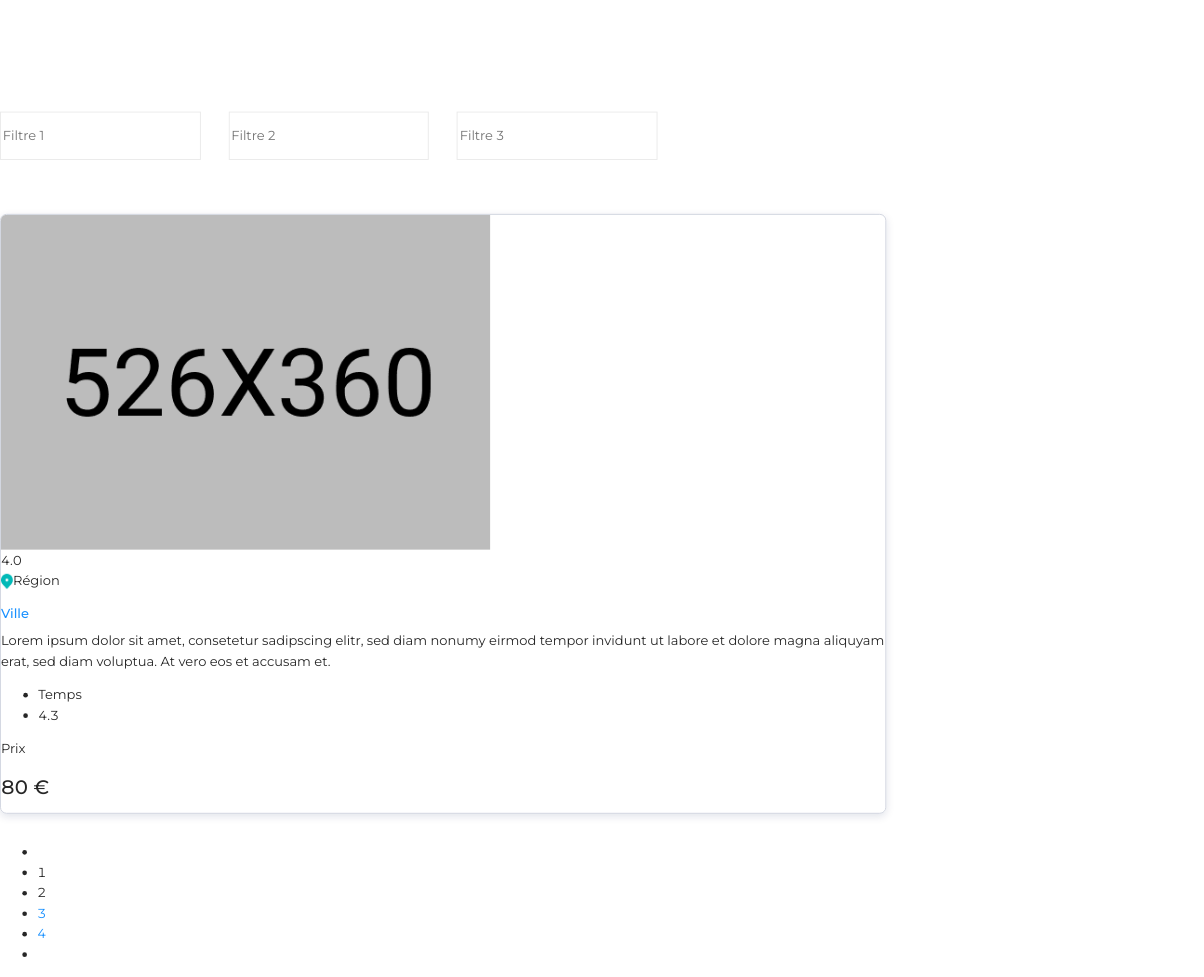
Repository: Emerson1220/projet-neofeel-lacapsule
Page: /roadPlanner (app in reactapp/)
These files come from the project's save history. The page is drawn as it stood at one moment and after a run of saves; the edit follows.
The browser window is 1280 px wide. The page is 1295 px wide, so the pictures cover 1295 px, including what lies to the right of the window. The pictures show the whole page, at 93% of full size.
The project was rebuilt for these pictures with package versions that can differ from the ones it lists, and the page was loaded fresh each time. Also part of the build but not shown: reactapp/src/Nav.js, reactapp/src/ScreenHome.js.

Above is the page before, as saved 2021-05-18 10:17:55.

After the next 2 saves:
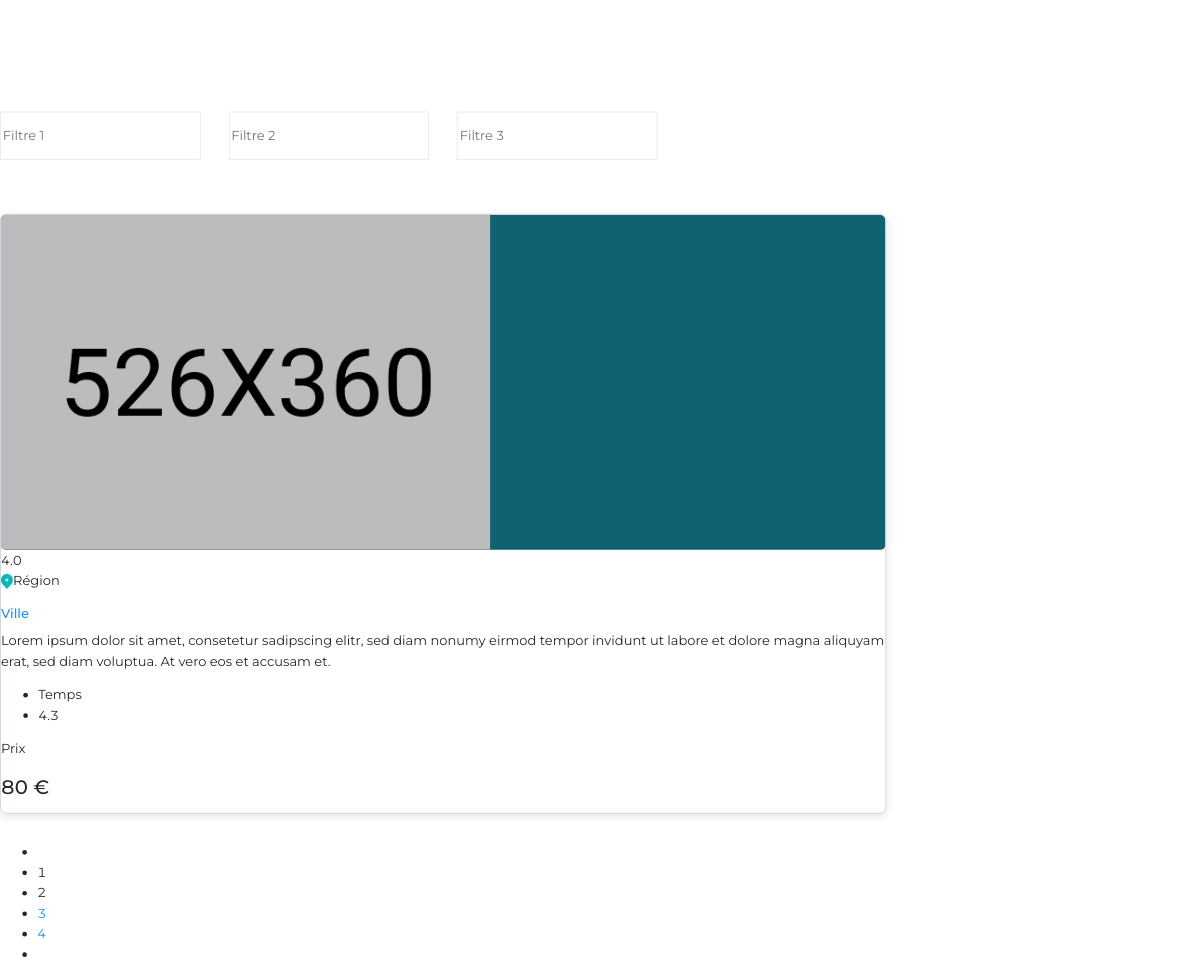
The 2 saves are shown as one change because 1 did not build or start.
The last was saved 90 s later.
--- a/reactapp/src/screens/ScreenRoadPlanner.js
+++ b/reactapp/src/screens/ScreenRoadPlanner.js
@@ -171,6 +171,9 @@ let styles = {
     },
 
     image_card:{
+        position: 'relative',
+        background: '#106271',
+        overflow: 'hidden',
         flex: '0 0 30%',
         backgroundSize: 'cover',
         backgroundRepeat: 'no-repeat',
